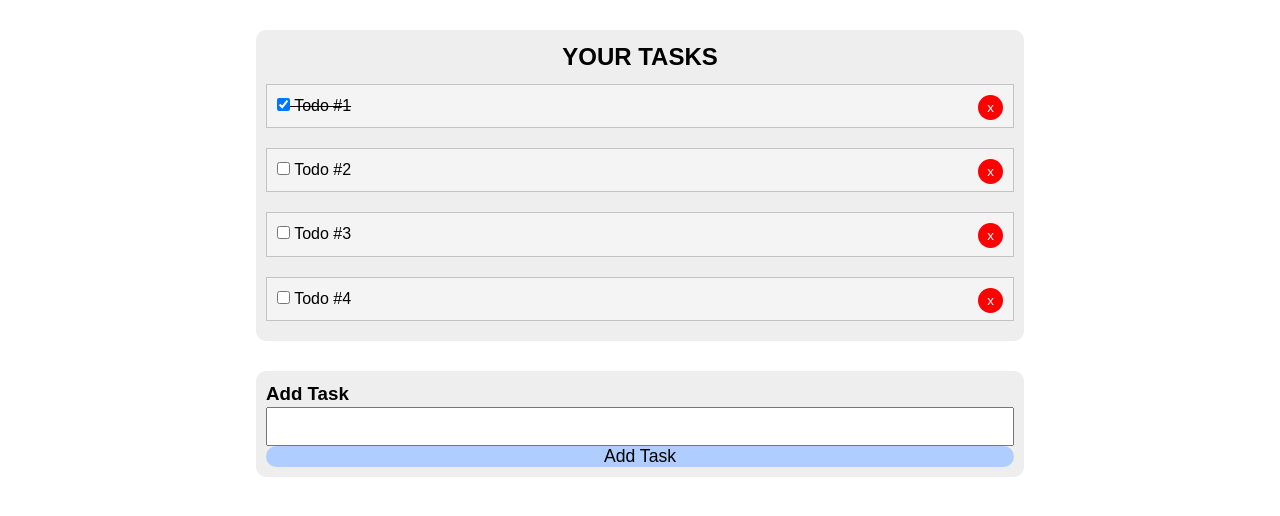
Repository: n0rthern-light/vuejs-taskmanager
Page: /
These files come from the project's save history. The page is drawn as it stood at one moment and after a run of saves; the edit follows.
The browser window is 1280 px wide. The pictures show the whole page.
The project was rebuilt for these pictures with package versions that can differ from the ones it lists, and the page was loaded fresh each time.

Above is the page before, as saved 2019-02-18 16:16:09.

After the next 2 saves:
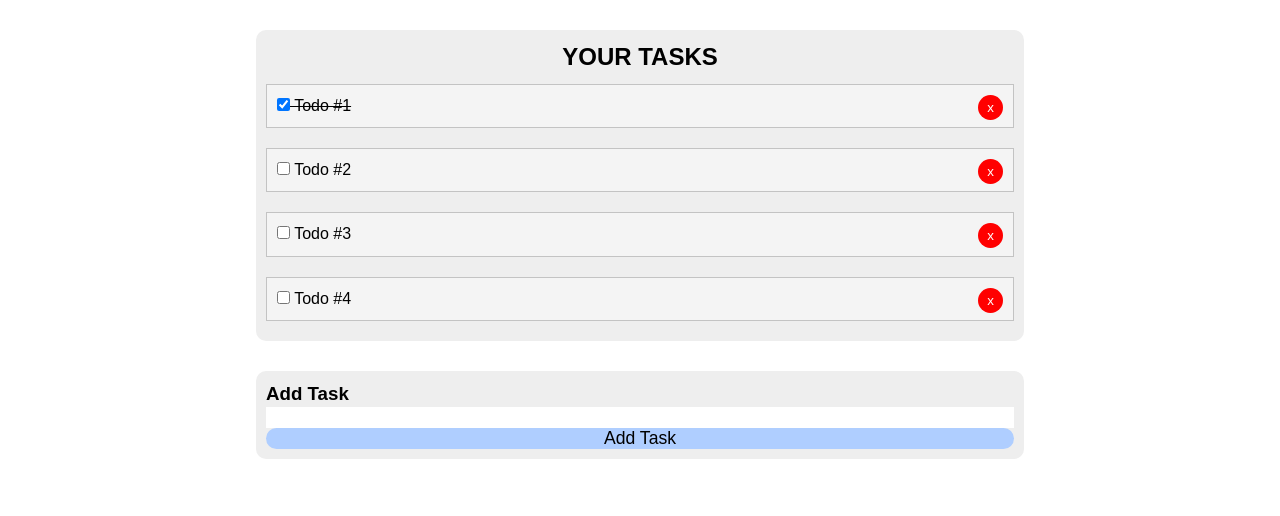
The 2 saves are shown as one change because they came seconds apart.
The last was saved 9 s later.
--- a/src/components/TodoAdd.vue
+++ b/src/components/TodoAdd.vue
@@ -30,7 +30,8 @@ export default {
 }
 
 .container input {
-  padding: 10px;
+  padding: 3px;
+  border: none;
   font-weight: 600;
 }
 
